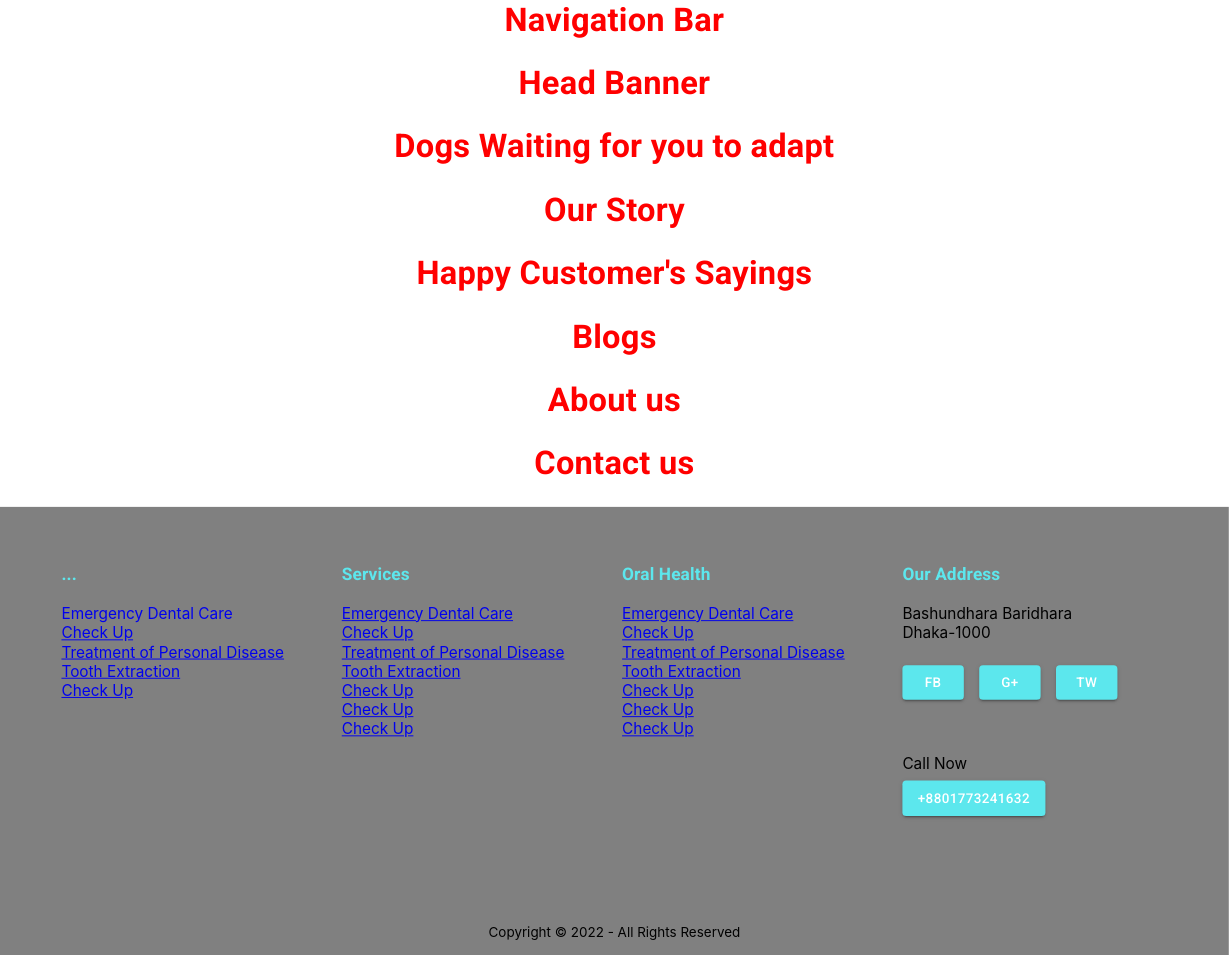
Repository: Sharif-00112/dogos-paradise-client
Page: /
The author's editor kept a copy of each file at every save. The page is drawn from the files as they stood at one save, then again after the next save.
The browser window is 1280 px wide. The pictures show the whole page, at 96% of full size.
The page's requests for data from a server got no answer. The project was rebuilt for these pictures with package versions that can differ from the ones it lists, and the page was loaded fresh each time. Some packages were replaced by stand-ins written for this rebuild. No one was signed in, and anything a server would have sent is missing. Also part of the build but not shown: src/Pages/Login/Login/Login.js, src/Pages/Login/Register/Register.js, src/Pages/NotFound/NotFound.js.

Above is the page before, as saved 2022-11-30 22:32:01.

### public/index.html
<!DOCTYPE html>
<html lang="en">
  <head>
    <meta charset="utf-8" />
    <link rel="icon" href="%PUBLIC_URL%/favicon.ico" />
    <meta name="viewport" content="width=device-width, initial-scale=1" />
    <meta name="theme-color" content="#000000" />
    <meta
      name="description"
      content="Web site created using create-react-app"
    />
    <link
      rel="stylesheet" href="https://fonts.googleapis.com/css?family=Roboto:300,400,500,700&display=swap"
    />

    <link rel="apple-touch-icon" href="%PUBLIC_URL%/logo192.png" />
    <!--
      manifest.json provides metadata used when your web app is installed on a
      user's mobile device or desktop. See https://developers.google.com/web/fundamentals/web-app-manifest/
    -->
    <link rel="manifest" href="%PUBLIC_URL%/manifest.json" />
    <!--
      Notice the use of %PUBLIC_URL% in the tags above.
      It will be replaced with the URL of the `public` folder during the build.
      Only files inside the `public` folder can be referenced from the HTML.

      Unlike "/favicon.ico" or "favicon.ico", "%PUBLIC_URL%/favicon.ico" will
      work correctly both with client-side routing and a non-root public URL.
      Learn how to configure a non-root public URL by running `npm run build`.
    -->
    <title>React App</title>
  </head>
  <body>
    <noscript>You need to enable JavaScript to run this app.</noscript>
    <div id="root"></div>
    <!--
      This HTML file is a template.
      If you open it directly in the browser, you will see an empty page.

      You can add webfonts, meta tags, or analytics to this file.
      The build step will place the bundled scripts into the <body> tag.

      To begin the development, run `npm start` or `yarn start`.
      To create a production bundle, use `npm run build` or `yarn build`.
    -->
  </body>
</html>

### src/App.js
import React  from 'react';
import './App.css';
import { BrowserRouter as Router, Route, Routes} from 'react-router-dom';
import Home from './Pages/Home/Home/Home';
import Login from './Pages/Login/Login/Login';
import Register from './Pages/Login/Register/Register';
import AuthProvider from './contexts/AuthProvider/AuthProvider';
// import PrivateRoute from './Pages/Login/PrivateRoute/PrivateRoute';
import NotFound from './Pages/NotFound/NotFound';
import Contact from './Pages/Home/Contact/Contact';
import Products from './Pages/Home/Products/Products';
import Story from './Pages/Home/Story/Story';
import CustomerReviews from './Pages/Home/CustomerReviews/CustomerReviews';
import Blogs from './Pages/Home/Blogs/Blogs';
import About from './Pages/Home/About/About';
// import Footer from './Pages/Shared/Footer/Footer';
// import Dashboard from './Pages/Dashboard/Dashboard/Dashboard';

function App() {
  return (
    <div className="App">
      <AuthProvider>
        <Router>
          <Routes>
            <Route exact path = '/' element={<Home/>}/>
            <Route exact path = '/home' element={<Home/>}/>
            <Route exact path = '/login' element={<Login/>}/>
            <Route exact path = '/register' element={<Register/>}/>
            <Route exact path = '/contact' element={<Contact/>}/>
            <Route exact path = '/products' element={<Products/>}/>
            <Route exact path = '/story' element={<Story/>}/>
            <Route exact path = '/reviews' element={<CustomerReviews/>}/>
            <Route exact path = '/blogs' element={<Blogs/>}/>
            <Route exact path = '/about' element={<About/>}/>
            {/* <Route exact path = '/appointment' element = {
              <PrivateRoute>
                <Appointment></Appointment>
              </PrivateRoute>
            }> </Route> */}
            {/* <Route path = 'dashboard/*' element = {
              <PrivateRoute>
                <Dashboard></Dashboard>
              </PrivateRoute>
            }> </Route> */}
            <Route path = '*' element={<NotFound/>}/>
          </Routes>
          {/* <Footer></Footer> */}
        </Router>
      </AuthProvider>
    </div>
  );
}

export default App;

### src/Pages/Home/Home/Home.js
import React from 'react';
import Footer from '../../Shared/Footer/Footer';
import Navigation from '../../Shared/Navigation/Navigation';
import About from '../About/About';
import Banner from '../Banner/Banner';
import Blogs from '../Blogs/Blogs';
import Contact from '../Contact/Contact';
import CustomerReviews from '../CustomerReviews/CustomerReviews';
import Products from '../Products/Products';
import Story from '../Story/Story';

const Home = () => {
    return (
        <div>
            <Navigation></Navigation>
            <Banner></Banner>
            <Products></Products>
            <Story></Story>
            <CustomerReviews></CustomerReviews>
            <Blogs></Blogs>
            <About></About>
            <Contact></Contact>
            <Footer></Footer>
        </div>
    );
};

export default Home;

### src/contexts/AuthProvider/AuthProvider.js
import React from 'react';
import { createContext } from 'react';
import useFirebase from '../../hooks/useFirebase';

//step-1-context
export const AuthContext = createContext();

const AuthProvider = (props) => {
    //step-3-context
    const {children} = props;

    //step-5-context
    const allContexts = useFirebase();

    return (
        //step-2-context
        <AuthContext.Provider value={allContexts}>
            {children}
        </AuthContext.Provider>
    );
};

export default AuthProvider;

### src/Pages/Home/Contact/Contact.js
import React from 'react';
import { Typography } from '@mui/material';

const Contact = () => {
    return (
        <div>
            <Typography sx={{ m: 3, color: 'red', fontWeight: 600 }} variant="h4" component="div">
                Contact us
            </Typography>
        </div>
    );
};

export default Contact;

### src/Pages/Home/Products/Products.js
import React from 'react';
import { Typography } from '@mui/material';

const Products = () => {
    return (
        <div>
            <Typography sx={{ m: 3, color: 'red', fontWeight: 600 }} variant="h4" component="div">
                Dogs Waiting for you to adapt
            </Typography>
        </div>
    );
};

export default Products;

### src/Pages/Home/Story/Story.js
import React from 'react';
import { Typography } from '@mui/material';


const Story = () => {
    return (
        <div>
            <Typography sx={{ m: 3, color: 'red', fontWeight: 600 }} variant="h4" component="div">
                Our Story
            </Typography>
        </div>
    );
};

export default Story;

### src/Pages/Home/CustomerReviews/CustomerReviews.js
import React from 'react';
import { Typography } from '@mui/material';


const CustomerReviews = () => {
    return (
        <div>
            <Typography sx={{ m: 3, color: 'red', fontWeight: 600 }} variant="h4" component="div">
                Happy Customer's Sayings
            </Typography>
        </div>
    );
};

export default CustomerReviews;

### src/Pages/Home/Blogs/Blogs.js
import React from 'react';
import { Typography } from '@mui/material';


const Blogs = () => {
    return (
        <div>
            <Typography sx={{ m: 3, color: 'red', fontWeight: 600 }} variant="h4" component="div">
                Blogs
            </Typography>
        </div>
    );
};

export default Blogs;

### src/Pages/Home/About/About.js
import React from 'react';
import { Typography } from '@mui/material';

const About = () => {
    return (
        <div>
            <Typography sx={{ m: 3, color: 'red', fontWeight: 600 }} variant="h4" component="div">
                About us
            </Typography>
        </div>
    );
};

export default About;

### src/Pages/Shared/Footer/Footer.js
import React from 'react';
import { Typography } from '@mui/material';
import { Container } from '@mui/system';
import Box from '@mui/material/Box';
import Grid from '@mui/material/Unstable_Grid2';
import { Link } from 'react-router-dom';
import { Button } from '@mui/material';


const Footer = () => {
    return (
        // <div>
        //     <Typography sx={{ m: 3, color: 'red', fontWeight: 600 }} variant="h4" component="div">
        //         Footer Area
        //     </Typography>
        // </div>

        <div style={{ backgroundColor: 'gray' }}>
        <Container sx={{ py: 5 }}>
            <Box sx={{ flexGrow: 1 }}>
                <Grid container spacing={2}>
                    <Grid item style={{ textAlign: 'left'}} xs={6} md={3}>
                        <Typography sx={{ my:2, fontSize: 18, fontWeight: 600 }} style={{color: '#5CE7ED'}} variant="h6" component="div">
                            ...
                        </Typography>
                        <Link style={{ textDecoration:'none' }} to = '/emergencyDentalCare'>
                            Emergency Dental Care
                        </Link>
                        <br />
                        <Link to = '/checkUp'>
                            Check Up
                        </Link>
                        <br />
                        <Link to = '/treatmentOfPersonalDisease'>
                            Treatment of Personal Disease
                        </Link>
                        <br />
                        <Link to = '/toothExtraction'>
                            Tooth Extraction
                        </Link>
                        <br />
                        <Link to = '/checkUp'>
                            Check Up
                        </Link>
                    </Grid>
                    <Grid item style={{ textAlign: 'left'}} xs={6} md={3}>
                        <Typography sx={{ my:2, fontSize: 18, fontWeight: 600 }} style={{color: '#5CE7ED'}} variant="h6" component="div">
                            Services
                        </Typography>
                        <Link to = '/emergencyDentalCare'>
                            Emergency Dental Care
                        </Link>
                        <br />
                        <Link to = '/checkUp'>
                            Check Up
                        </Link>
                        <br />
                        <Link to = '/treatmentOfPersonalDisease'>
                            Treatment of Personal Disease
                        </Link>
                        <br />
                        <Link to = '/toothExtraction'>
                            Tooth Extraction
                        </Link>
                        <br />
                        <Link to = '/checkUp'>
                            Check Up
                        </Link>
                        <br />
                        <Link to = '/checkUp'>
                            Check Up
                        </Link>
                        <br />
                        <Link to = '/checkUp'>
                            Check Up
                        </Link>
                    </Grid>
                    <Grid item style={{ textAlign: 'left'}} xs={6} md={3}>
                        <Typography sx={{ my:2, fontSize: 18, fontWeight: 600 }} style={{color: '#5CE7ED'}} variant="h6" component="div">
                            Oral Health
                        </Typography>
                        <Link to = '/emergencyDentalCare'>
                            Emergency Dental Care
                        </Link>
                        <br />
                        <Link to = '/checkUp'>
                            Check Up
                        </Link>
                        <br />
                        <Link to = '/treatmentOfPersonalDisease'>
                            Treatment of Personal Disease
                        </Link>
                        <br />
                        <Link to = '/toothExtraction'>
                            Tooth Extraction
                        </Link>
                        <br />
                        <Link to = '/checkUp'>
                            Check Up
                        </Link>
                        <br />
                        <Link to = '/checkUp'>
                            Check Up
                        </Link>
                        <br />
                        <Link to = '/checkUp'>
                            Check Up
                        </Link>
                    </Grid>
                    <Grid item style={{ textAlign: 'left'}} xs={6} md={3}>
                        <Typography sx={{ my:2, fontSize: 18, fontWeight: 600 }} style={{color: '#5CE7ED'}} variant="h6" component="div">
                            Our Address
                        </Typography>
                        <Typography sx={{ fontSize: 16, fontWeight: 400 }} variant="" component="div">
                                Bashundhara Baridhara <br />
                                Dhaka-1000
                        </Typography>

                        {/* <Button>
                            <FontAwesomeIcon icon={faShoppingCart} /> Cart
                            <FontAwesomeIcon icon="fa-brands fa-facebook" />
                        </Button> */}

                        <a href="https://www.facebook.com/" target="_blank" style={{ textDecoration:'none', color:'white' }}>
                            <Button sx={{ mt:3, mr:2 }} variant="contained" style={{backgroundColor: '#5CE7ED'}}>
                                FB
                            </Button>
                        </a>
                        <a href="https://www.google.com/" target="_blank" style={{ textDecoration:'none', color:'white' }}>
                            <Button sx={{ mt:3, mr:2 }} variant="contained" style={{backgroundColor: '#5CE7ED'}}>
                                G+
                            </Button>
                        </a>
                        <a href="https://twitter.com/" target="_blank" style={{ textDecoration:'none', color:'white' }}>
                            <Button sx={{ mt:3, mr:2 }} variant="contained" style={{backgroundColor: '#5CE7ED'}}>
                                TW
                            </Button>
                        </a>

                        <Typography sx={{ mt:7, fontSize: 16, fontWeight: 400 }} variant="" component="div">
                                Call Now
                        </Typography>
                        <a href="tel:+8801773241632" style={{ textDecoration:'none', color:'white' }}>
                            <Button sx={{ mt:1, mr:2 }} variant="contained" style={{backgroundColor: '#5CE7ED'}}>
                                +8801773241632
                            </Button>
                        </a>
                    </Grid>
                </Grid>
            </Box>
        </Container>
        <Typography sx={{ p:2, mt:7, fontSize: 14, fontWeight: 400 }} variant="" component="div">
            Copyright &copy; 2022 - All Rights Reserved
        </Typography>
    </div>
    );
};

export default Footer;

### src/Pages/Shared/Navigation/Navigation.js
import React from 'react';
import { Typography } from '@mui/material';

const Navigation = () => {
    return (
        <div>
            <Typography sx={{ mx: 3, color: 'red', fontWeight: 600 }} variant="h4" component="div">
                Navigation Bar
            </Typography>
        </div>
    );
};

export default Navigation;

### src/Pages/Home/Banner/Banner.js
import React from 'react';
import { Typography } from '@mui/material';

const Banner = () => {
    return (
        <div>
            <Typography sx={{ m: 3, color: 'red', fontWeight: 600 }} variant="h4" component="div">
                Head Banner
            </Typography>
        </div>
    );
};

export default Banner;

### src/Pages/Login/Firebase/firebase.initialize.js
import { initializeApp } from "firebase/app";
import firebaseConfig from "./firebase.config";

const initializeAuthentication = () =>{
    initializeApp(firebaseConfig);
}

export default initializeAuthentication;

### src/Pages/Login/Firebase/firebase.config.js
// console.log(process.env);

const firebaseConfig = {
  apiKey: process.env.REACT_APP_FIREBASE_API_KEY,
  authDomain: process.env.REACT_APP_FIREBASE_AUTH_DOMAIN,
  projectId: process.env.REACT_APP_FIREBASE_PROJECT_ID,
  storageBucket: process.env.REACT_APP_FIREBASE_STORAGE_BUCKET,
  messagingSenderId: process.env.REACT_APP_FIREBASE_MESSAGING_SENDER_ID,
  appId: process.env.REACT_APP_FIREBASE_APP_ID,
  measurementId: process.env.REACT_APP_FIREBASE_MEASUREMENT_ID
};

export default firebaseConfig;

// .env.local
// REACT_APP_FIREBASE_API_KEY=AIzaSyCGaQ8G2l5KeOKX4bAJ7MC19oWW_2vnTNQ
// REACT_APP_FIREBASE_AUTH_DOMAIN=dogos-paradise.firebaseapp.com
// REACT_APP_FIREBASE_PROJECT_ID=dogos-paradise
// REACT_APP_FIREBASE_STORAGE_BUCKET=dogos-paradise.appspot.com
// REACT_APP_FIREBASE_MESSAGING_SENDER_ID=824394057307
// REACT_APP_FIREBASE_APP_ID=1:824394057307:web:727ac0c86627b9544a617e
// REACT_APP_FIREBASE_MEASUREMENT_ID=G-DL8JJ6MYSD

// const firebaseConfig = {
  // apiKey: "AIzaSyCGaQ8G2l5KeOKX4bAJ7MC19oWW_2vnTNQ",
  // authDomain: "dogos-paradise.firebaseapp.com",
  // projectId: "dogos-paradise",
  // storageBucket: "dogos-paradise.appspot.com",
  // messagingSenderId: "824394057307",
  // appId: "1:824394057307:web:727ac0c86627b9544a617e",
  // measurementId: "G-DL8JJ6MYSD"
// };

Loaded but not shown: src/index.js (common file); src/index.css (common file); src/reportWebVitals.js (common file); src/App.css (common file); src/hooks/useFirebase.js (273 lines, source omitted)

After the next save:
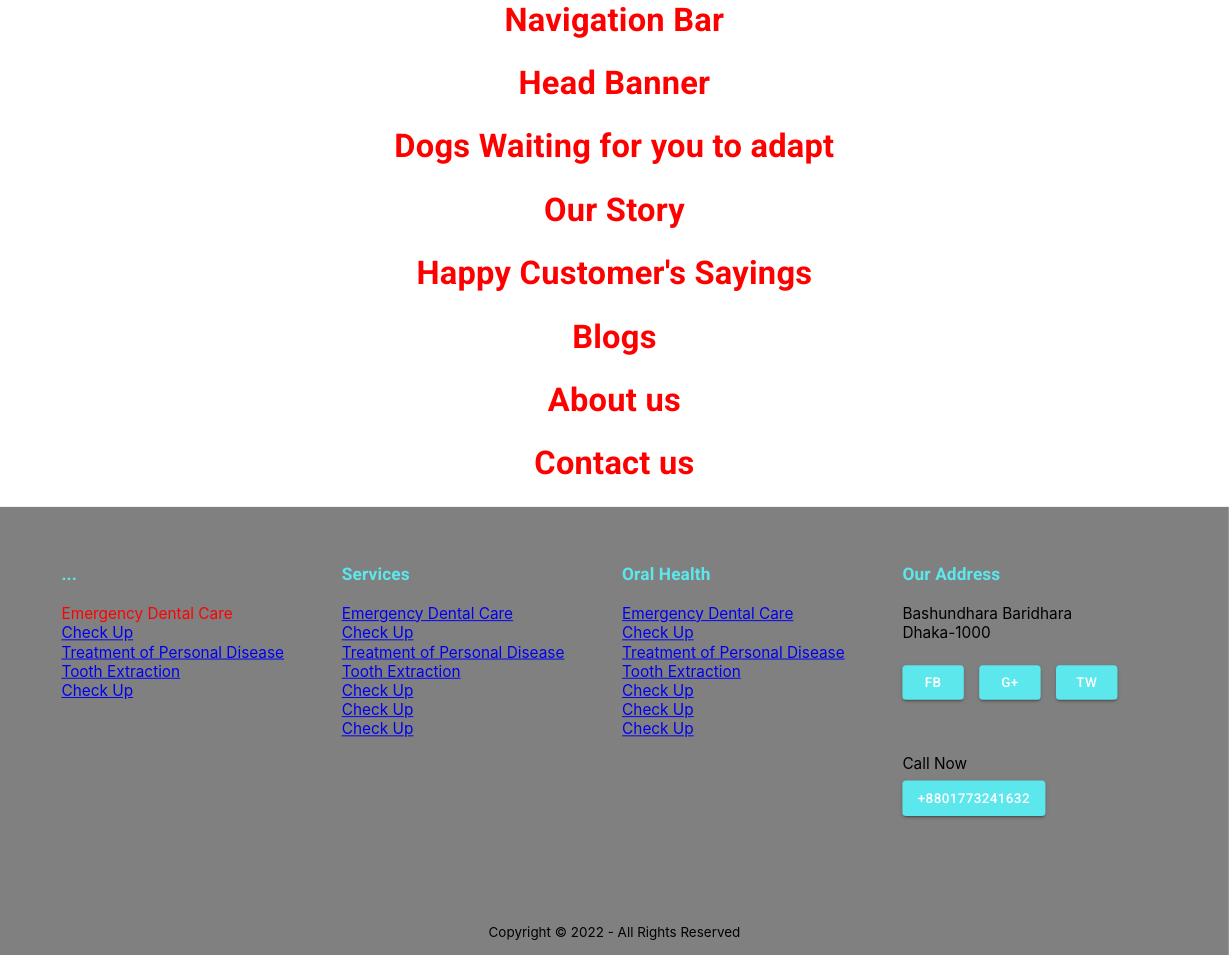
Saved 14 s later.
--- a/src/Pages/Shared/Footer/Footer.js
+++ b/src/Pages/Shared/Footer/Footer.js
@@ -23,7 +23,7 @@ const Footer = () => {
                         <Typography sx={{ my:2, fontSize: 18, fontWeight: 600 }} style={{color: '#5CE7ED'}} variant="h6" component="div">
                             ...
                         </Typography>
-                        <Link style={{ textDecoration:'none' }} to = '/emergencyDentalCare'>
+                        <Link style={{ textDecoration:'none', color: 'red' }} to = '/emergencyDentalCare'>
                             Emergency Dental Care
                         </Link>
                         <br />
